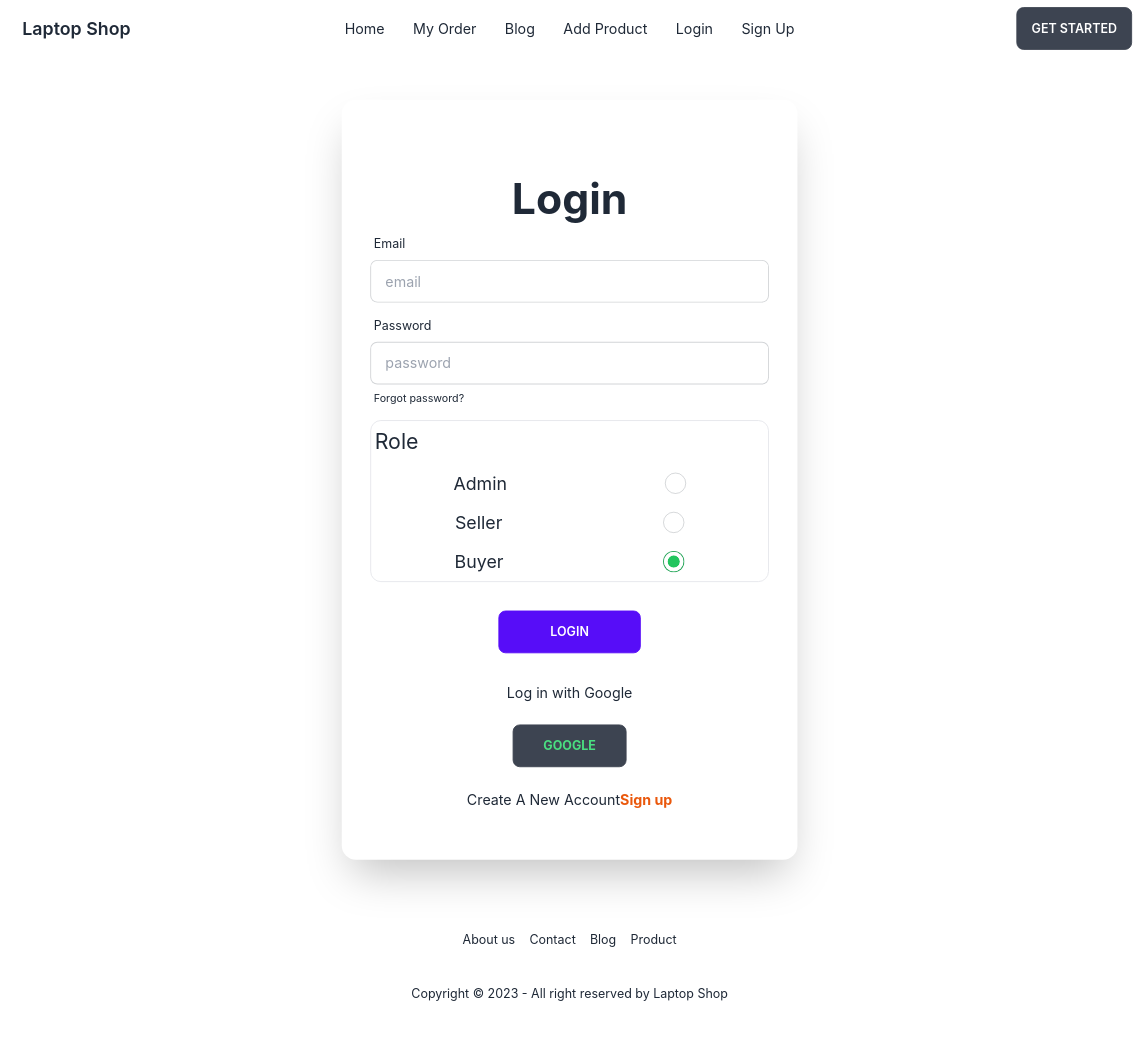
Repository: mdsajib50/E-commerce
Page: /login
An editor plug-in stored every save of this project. The page is shown before and after a run of saves, followed by the edit.
The browser window is 1280 px wide. The pictures show the whole page, at 89% of full size.
The project was rebuilt for these pictures with package versions that can differ from the ones it lists, and the page was loaded fresh each time. Also part of the build but not shown: src/Pages/AddProduct/AddProduct.js, src/Pages/Error/Error.js, src/Pages/Home/Banner/Banner.js, src/Pages/Home/Product/ProductCard.js, src/Pages/Home/Product/Product.js, src/Pages/Home/Home/Home.js, src/Pages/Home/Product/ProductCategory.js, src/Pages/SignUp/SignUp.js.

Above is the page before, as saved 2023-01-12 17:25:53.

### src/index.js
import React from 'react';
import ReactDOM from 'react-dom/client';
import './index.css';
import App from './App';
import reportWebVitals from './reportWebVitals';
import AuthProvider from './context/AuthProvider/AuthProvider';

const root = ReactDOM.createRoot(document.getElementById('root'));
root.render(
  <React.StrictMode>
   <AuthProvider> <App /> </AuthProvider>
  </React.StrictMode>
);

// If you want to start measuring performance in your app, pass a function
// to log results (for example: reportWebVitals(console.log))
// or send to an analytics endpoint. Learn more: https://bit.ly/CRA-vitals
reportWebVitals();

### src/App.js
import logo from './logo.svg';
import './App.css';
import { RouterProvider } from 'react-router';
import router from './Routes/Router';

function App() {
  return (
    <div className="App">
        <RouterProvider router={router}></RouterProvider>
    </div>
  );
}

export default App;

### src/context/AuthProvider/AuthProvider.js
import { getAuth, createUserWithEmailAndPassword, signInWithEmailAndPassword, onAuthStateChanged } from 'firebase/auth';
import React, {createContext, useEffect, useState} from 'react';
import app from '../../firebase/firebase.config';

export const AuthContext = createContext();
const auth = getAuth(app)

const AuthProvider = ({children}) => {
    const [user, setUser] = useState(null)
    const [loading, setLoading] = useState(true)
    const createUser= (email, password)=>{
        return createUserWithEmailAndPassword(auth, email, password)
    }
    const login = (email, password)=>{
        return signInWithEmailAndPassword(auth, email, password)
    }

    useEffect(()=>{
        const unSubscribe = onAuthStateChanged(auth, currentUser =>{
            setUser(currentUser)
            setLoading(false)
         })
         return ()=> unSubscribe()


     },[])
    const authInfo = {
        auth,
        createUser,
        login,
        user,
        loading
    }
    return (
        <AuthContext.Provider value={authInfo}>
            {children}
        </AuthContext.Provider>
    );
};

export default AuthProvider;

### src/Routes/Router.js
import React from 'react';
import { createBrowserRouter } from 'react-router-dom';
import Main from '../Layout/Main/Main';
import AddProduct from '../Pages/AddProduct/AddProduct';
import Error from '../Pages/Error/Error';
import Home from '../Pages/Home/Home/Home';
import ProductCategory from '../Pages/Home/Product/ProductCategory';
import Login from '../Pages/Login/Login';
import SignUp from '../Pages/SignUp/SignUp';

const router = createBrowserRouter([
    {
        path: '/',
        element: <Main></Main>,
        children:[
            {
                path:'/',
                element:<Home></Home>
            },
            {
                path:'/home',
                element:<Home></Home>
            },
            {
                path: '/add-product',
                element: <AddProduct></AddProduct>
            },
            {
                path:'/login',
                element:<Login></Login>
            },
            {
                path:'/signup',
                element:<SignUp></SignUp>
            },
            {
                path:'/product-category/:id',
                loader:({params})=> fetch(`http://localhost:5001/product-category/${params.id}`),
                element:<ProductCategory></ProductCategory>
            }
        ]
    },
    {
        path:'/*',
        element:<Error></Error>
    }

])

export default router;

### src/firebase/firebase.config.js
// Import the functions you need from the SDKs you need
import { initializeApp } from "firebase/app";
// TODO: Add SDKs for Firebase products that you want to use
// https://firebase.google.com/docs/web/setup#available-libraries

// Your web app's Firebase configuration
const firebaseConfig = {
  apiKey:process.env.REACT_APP_apiKey,
  authDomain:process.env.REACT_APP_authDomain,
  projectId:process.env.REACT_APP_projectId,
  storageBucket:process.env.REACT_APP_storageBucket,
  messagingSenderId:process.env.REACT_APP_messagingSenderId,
  appId:process.env.REACT_APP_appId
};

// Initialize Firebase
const app = initializeApp(firebaseConfig);

export default app ;

### src/Layout/Main/Main.js
import React from 'react';
import { Outlet } from 'react-router';
import Footer from '../../Pages/Shared/Footer/Footer';
import Header from '../../Pages/Shared/Header/Header';

const Main = () => {
    return (
        <div>
            <Header></Header>
            <Outlet></Outlet>
            <Footer></Footer>
        </div>
    );
};

export default Main;

### src/Pages/Login/Login.js
import React, { useContext } from 'react';
import { Link, useNavigate } from 'react-router-dom';
import { AuthContext } from '../../context/AuthProvider/AuthProvider';

const Login = () => {
    const {login, user} = useContext(AuthContext)
    console.log(user)
    const navigate = useNavigate()
    const handelLogin = e =>{
        e.preventDefault()
        const form = e.target;
        const email = form.email.value;
        const password = form.password.value;
        const role = form.role.value;
        const name = user.displayName
        login(email, password)
        .then((result) => {
            const user =result.user
            saveUser(name, email, role)
            alert('login success')
            form.reset()
            console.log(user)
        })
        .catch((error) => {
            console.log(error);
        })
     }
     const saveUser=(name, email, role)=>{
            const user ={name, email, role}
            fetch('http://localhost:5001/user',{
                method: 'POST',
                headers:{
                    'content-type': 'application/json'
                },
                body:JSON.stringify(user)
            })
            .then(res => res.json())
            .then(data =>{
                navigate('/')
                console.log('saveuser',data)})
            .catch(err => console.error(err))
     }
    return (
        <div className="w-full mt-12">

                <div className="card flex-shrink-0 w-full max-w-lg shadow-2xl py-14 mx-auto">
                    <form onSubmit={handelLogin} className="card-body">
                        <h1 className="text-5xl font-bold text-center">Login</h1>
                        <div className="form-control">
                        <label className="label">
                            <span className="label-text">Email</span>
                        </label>
                        <input type="text" name='email' placeholder="email" className="input input-bordered" />
                        </div>
                        <div className="form-control">
                        <label className="label">
                            <span className="label-text">Password</span>
                        </label>
                        <input type="password" name='password' placeholder="password" className="input input-bordered" />
                        <label className="label">
                            <a href="#" className="label-text-alt link link-hover">Forgot password?</a>
                        </label>
                        </div>
                        <div className="form-control border rounded-xl">
                            <label className="label">
                            <span className="label-text text-2xl">Role </span>
                            </label>
                        <div className="form-control">
                            <label className="label justify-around cursor-pointer">
                                <span className="label-text text-xl">Admin</span>
                                <input onChange={(e) => e.target.value} type="radio" value='admin' name="role" className="radio checked:bg-red-500" defaultChecked />
                            </label>
                            <label className="label justify-around cursor-pointer">
                                <span className="label-text text-xl">Seller</span>
                                <input onChange={(e) => e.target.value} type="radio" value='seller' name="role" className="radio checked:bg-blue-500" defaultChecked />
                            </label>
                            <label className="label justify-around cursor-pointer">
                                <span className="label-text text-xl">Buyer</span>
                                <input onChange={(e) => e.target.value} type="radio" value='buyer' name="role" className="radio checked:bg-green-500" defaultChecked />
                            </label>

                            </div>
                        </div>
                        <div className="form-control mt-6">
                        <button className="btn btn-primary w-40 mx-auto">Login</button>
                        </div>
                    </form>
                    <p className='text-center'>Log in with Google</p>
                    <button className='btn font-bold text-green-400 w-32 mx-auto my-6'>Google</button>
                    <p className='text-center'>Create A New Account<Link className='font-bold text-orange-600' to='/signup'>Sign up</Link></p>

                </div>
            </div>
    );
};

export default Login;

### src/Pages/Shared/Footer/Footer.js
import React from 'react';

const Footer = () => {
    return (
        <footer className="footer footer-center p-10 text-base-content rounded mt-10">
            <div className="grid grid-flow-col gap-4">
                <a className="link link-hover">About us</a>
                <a className="link link-hover">Contact</a>
                <a className="link link-hover">Blog</a>
                <a className="link link-hover">Product</a>
            </div>
            <div>
                <p>Copyright © 2023 - All right reserved by Laptop Shop</p>
            </div>
</footer>
    );
};

export default Footer;

### src/Pages/Shared/Header/Header.js
import React from 'react';
import { Link } from 'react-router-dom';

const Header = () => {
    return (
        <div className="navbar bg-base-100">
        <div className="navbar-start">
            <div className="dropdown">
            <label tabIndex={0} className="btn btn-ghost lg:hidden">
                <svg xmlns="http://www.w3.org/2000/svg" className="h-5 w-5" fill="none" viewBox="0 0 24 24" stroke="currentColor"><path strokeLinecap="round" strokeLinejoin="round" strokeWidth="2" d="M4 6h16M4 12h8m-8 6h16" /></svg>
            </label>
            <ul tabIndex={0} className="menu menu-compact dropdown-content mt-3 p-2 shadow bg-base-100 rounded-box w-52">
                <li><Link to='/home'>Home</Link></li>
                <li><Link to='/myorder'>My Order</Link></li>
                <li><Link to='/blog'>Blog</Link></li>
                <li><Link to='/add-product'>Add A Product</Link></li>
            </ul>
            </div>
            <a className="btn btn-ghost normal-case text-xl">Laptop Shop</a>
        </div>
        <div className="navbar-center hidden lg:flex">
            <ul className="menu menu-horizontal px-1">
                <li><Link to='/home'>Home</Link></li>
                <li><Link to='/myorder'>My Order</Link></li>
                <li><Link to='/blog'>Blog</Link></li>
                <li><Link to='/add-product'>Add Product</Link></li>
                <li><Link to='/login'>Login</Link></li>
                <li><Link to='/signup'>Sign Up</Link></li>
            </ul>
        </div>
        <div className="navbar-end">
            <a className="btn">Get started</a>
        </div>
</div>
    );
};

export default Header;

Loaded but not shown: src/index.css (common file); src/reportWebVitals.js (common file); src/App.css (common file); tailwind.config.js (common file)

After the next 3 saves:
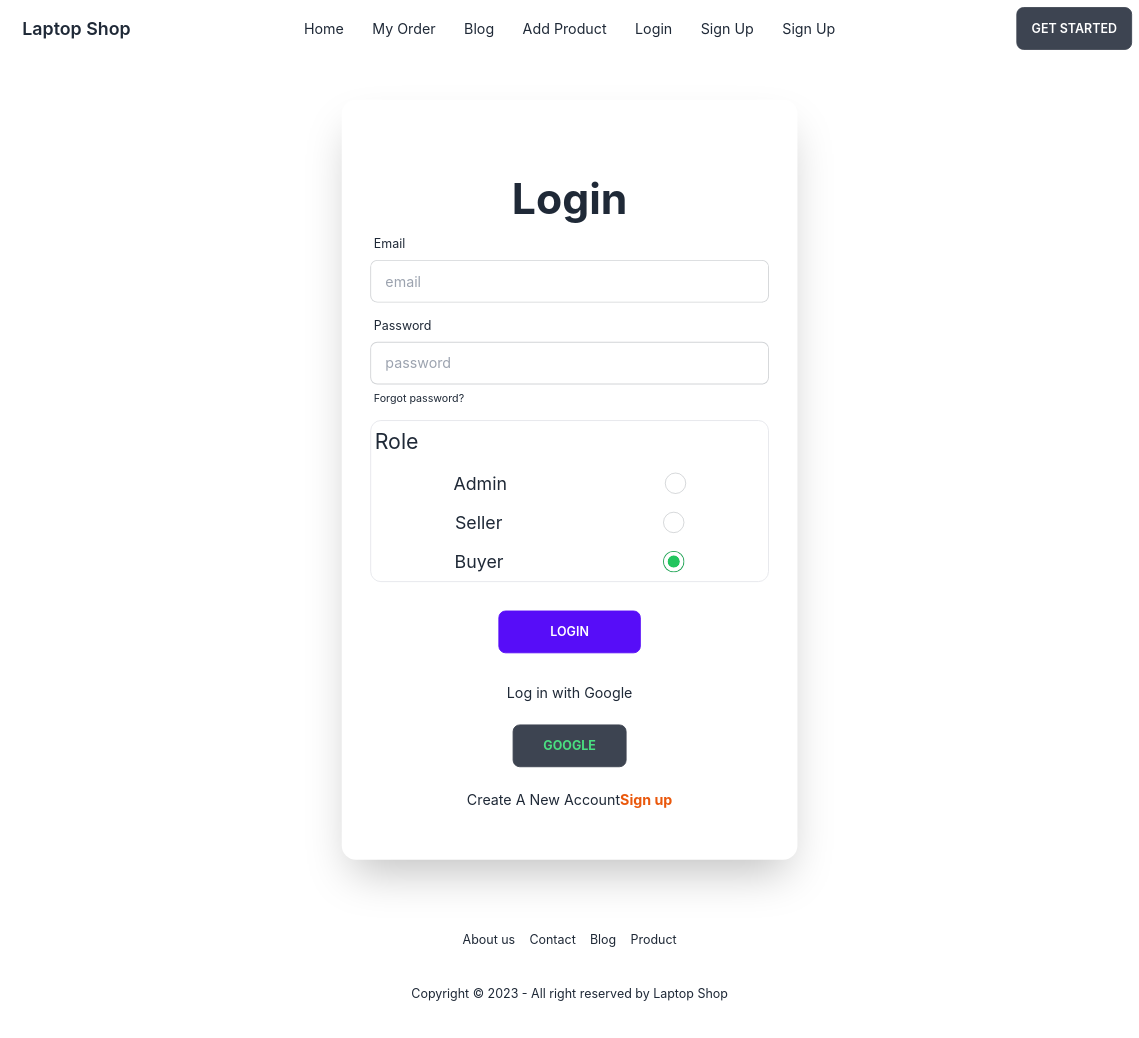
The 3 saves are shown as one change because they came seconds apart.
The last was saved 20 s later.
--- a/src/Pages/Shared/Header/Header.js
+++ b/src/Pages/Shared/Header/Header.js
@@ -26,6 +26,7 @@ const Header = () => {
                 <li><Link to='/add-product'>Add Product</Link></li>
                 <li><Link to='/login'>Login</Link></li>
                 <li><Link to='/signup'>Sign Up</Link></li>
+                <li><Link to='/signup'>Sign Up</Link></li>
             </ul>
         </div>
         <div className="navbar-end">
